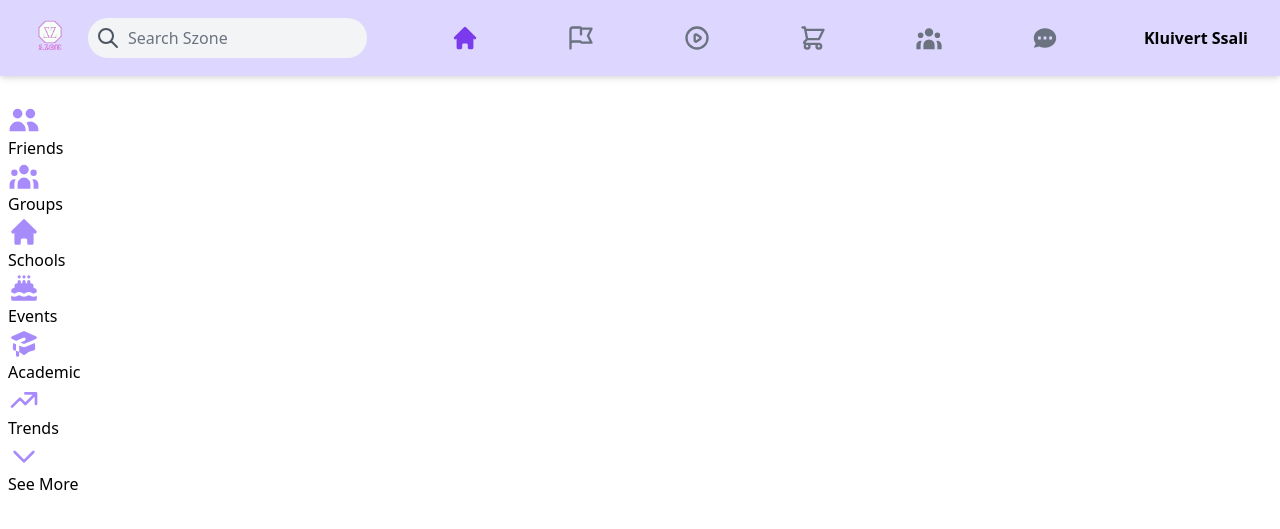
Repository: kluivert-ssali/sz-test
Page: /
An editor plug-in stored every save of this project. The page is shown before and after the next save, followed by the edit.
The browser window is 1280 px wide. The pictures show the whole page.
The page's requests for data from a server got no answer. The project was rebuilt for these pictures with package versions that can differ from the ones it lists, and the page was loaded fresh each time. The framework's server and built-in components were replaced by stand-ins that run in the browser. No one was signed in, and anything a server would have sent is missing. Also part of the build but not shown: next.config.js, components/Login.js.

Above is the page before, as saved 2021-11-07 15:01:35.

### pages/_app.js
import '../styles/globals.css';
import { Provider } from 'next-auth/client';

function MyApp({ Component, pageProps }) {
  return (
    <Provider session={pageProps.session}>
      <Component {...pageProps} />
    </Provider>


  );


}

export default MyApp

### pages/index.js
import Head from 'next/head';
import Header from '../components/Header';
import Login from '../components/Login';
import { getSession } from 'next-auth/client';
import Sidebar from '../components/Sidebar';



export default function Home({ session }) {
  //if (!session) return <Login />;
  return (
    <div>
      <Head>
        <title>Szone</title>
      </Head>

      {/* Header */}
      <Header />

      <main className="flex">
        {/* sidebar */}
        <Sidebar />
        {/* Feed */}
        {/* widgets */}
      </main>
    </div>


  )
}

export async function getServerSideProps(context) {
  // get the user
  const session = await getSession(context);

  return {
    props: {
      session
    }
  }
}

### styles/globals.css
@tailwind base;
@tailwind components;
@tailwind utilities;

/* @layer components {
    .icon {
        @apply hidden xl:inline-flex p-2 h-10 w-10 bg-gray-200 rounded-full text-gray-500 cursor-pointer hover:bg-gray-300;
    }
} */

### components/Header.js
import img from '../Logo/The zone logo.png';
import Image from "next/image";
import {
    BellIcon,
    ChatIcon,
    ChevronIcon,
    HomeIcon,
    UserGroupIcon,
    ViewGridIcon

} from "@heroicons/react/solid";
import {
    FlagIcon,
    PlayIcon,
    SearchIcon,
    ShoppingCartIcon,
} from "@heroicons/react/outline";
import HeaderIcon from "./HeaderIcon";
import { signOut, useSession } from 'next-auth/client';


function Header() {
    const [session] = useSession();



    return (
        <div className="sticky top-0 z-50 bg-purple-200 flex items-center p-2 lg:px-5 shadow-md">

            {/* left */}
            <div className="flex items-center">
                <Image
                 src={img}
                 width={60}
                 height={60}
                 layout="fixed"
                />
                <div className="flex ml-2 items-center rounded-full bg-gray-100 p-2">
                    <SearchIcon className="h-6 text-gray-600" />
                    <input className="hidden md:inline-flex ml-2 items-center bg-transparent outline-none placeholder-gray-500 flex-shrink" type="text" placeholder="Search Szone"/>
                </div>
            </div>

            {/* center */}
            <div className="flex justify-center flex-grow">
                <div className="flex space-x-6 md:space-x-2">
                    <HeaderIcon active Icon={HomeIcon} />
                    <HeaderIcon Icon={FlagIcon} />
                    <HeaderIcon Icon={PlayIcon} />
                    <HeaderIcon Icon={ShoppingCartIcon} />
                    <HeaderIcon Icon={UserGroupIcon} />
                    <HeaderIcon Icon={ChatIcon} />

                </div>
            </div>

            {/* right */}
            <div className="flex items-center sm:space-x-2 justify-end">
                {/* profile pic */}
                {/* <Image
                  onClick={signOut}
                  className="rounded-full cursor-pointer"
                //   src={session.user.image}
                  width="40"
                  height="40"
                  layout="fixed"
                /> */}

                <p className="whitespace-nowrap font-semibold pr-3">Kluivert Ssali</p>


            </div>

        </div>
    )
}

export default Header

### components/Sidebar.js
import { useSession } from 'next-auth/client';
import {
    TrendingUpIcon,
    ChevronDownIcon,


} from "@heroicons/react/outline";
import {
    HomeIcon,
    AcademicCapIcon,
    UsersIcon,
    CakeIcon,
    UserGroupIcon,


} from "@heroicons/react/solid";
import SidebarRow from './SidebarRow';


function Sidebar() {
    return (
        <div className="p-2 mt-5 max-w-[600px] xl:min-w-[300px]">
            <SidebarRow  Icon={UsersIcon} title="Friends" />
            <SidebarRow  Icon={UserGroupIcon} title="Groups" />
            <SidebarRow  Icon={HomeIcon} title="Schools" />
            <SidebarRow  Icon={CakeIcon} title="Events" />
            <SidebarRow  Icon={AcademicCapIcon} title="Academic" />
            <SidebarRow  Icon={TrendingUpIcon} title="Trends" />
            <SidebarRow  Icon={ChevronDownIcon} title="See More" />


        </div>
    )
}


export default Sidebar

### components/HeaderIcon.js
function HeaderIcon({ Icon, active }) {
    return (
        <div className="flex items-center cursor-pointer md:px-10 sm:h-14
        md:hover:bg-gray-100
        rounded-xl
        active:border-b-2
        active:border-purple-600
        group
        ">
            <Icon className={`h-5 text-gray-500 text-center sm:h-7 mx-auto group-hover:text-purple-600 ${ active && "text-purple-600" }`} />
        </div>
    )
}

export default HeaderIcon

### components/SidebarRow.js
function SidebarRow({ Icon, title }) {
    return (
        <div className="">
            {
                Icon && <Icon className="h-8 w-8 text-purple-400" />
            }
            <p className="hidden sm:inline-flex font-medium">
                {title}
            </p>
        </div>
    )
}

export default SidebarRow

Loaded but not shown: tailwind.config.js (common file)

After the next save:
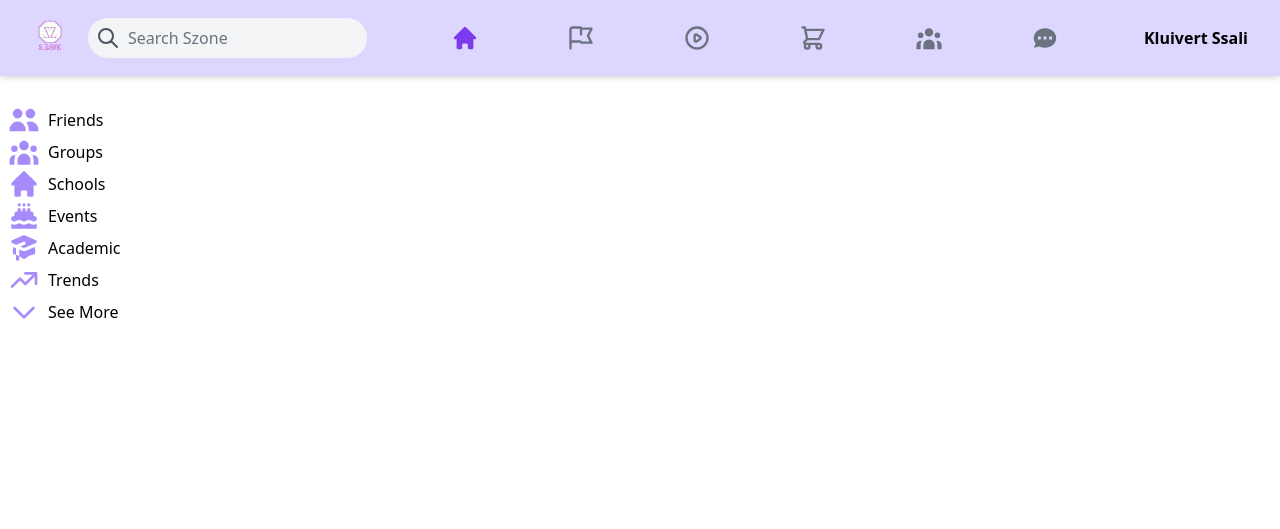
Saved 11 min 33 s later.
--- a/components/SidebarRow.js
+++ b/components/SidebarRow.js
@@ -1,6 +1,6 @@
 function SidebarRow({ Icon, title }) {
     return (
-        <div className="">
+        <div className="flex items-center space-x-2 hover:bg-gray-200 rounded-xl cursor-pointer">
             {
                 Icon && <Icon className="h-8 w-8 text-purple-400" />
             }
